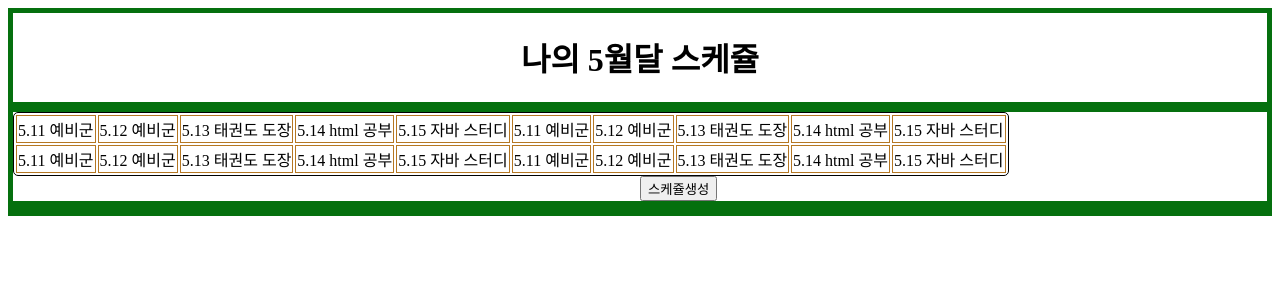
Repository: yeojeonghyeon/sixth
Page: java/ScriptWorld/WebContent/ui/Table.html
The author's editor kept a copy of each file at every save. The page is drawn from the files as they stood at one save, then again after the next save.
The browser window is 1280 px wide. The pictures show the whole page.
After loading, the first visible `#createBtn` was clicked once.

Above is the page before, as saved 2019-04-25 06:57:14.

After the next save:
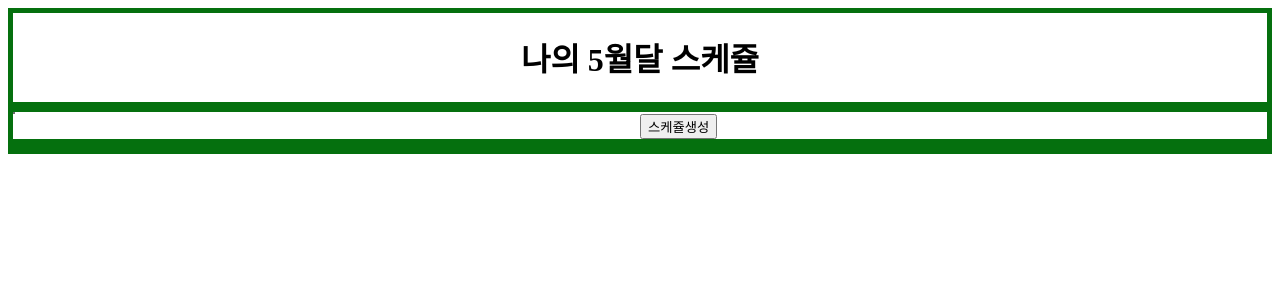
Saved 96 s later.
--- a/java/ScriptWorld/WebContent/ui/Table.html
+++ b/java/ScriptWorld/WebContent/ui/Table.html
@@ -42,19 +42,6 @@ document.addEventListener("DOMContentLoaded", function(){
 			trObj = document.createElement("tr");
 			var isFirst = true;
 			for(i=0; i<scheduleArr.length; i++){
-				if ( i==scheduleArr.length-1 && i!=0 && !isFirst && i%10>0 ){
-					trArr.push(trObj);
-				}
-				if ( i==0 ) trArr.push(trObj); // i가 0일 때 한번만 실행
-				if(i!=0 && i%10==0){//11, 21, 31, 41
-					if ( isFirst ){
-						isFirst = false;
-						trObj = document.createElement("tr");
-					}else{
-						trArr.push(trObj);
-						trObj = document.createElement("tr");
-					}
-				}
 				tdObj = document.createElement("td");
 				tdObj.innerText = scheduleArr[i];
 				trObj.appendChild(tdObj);
